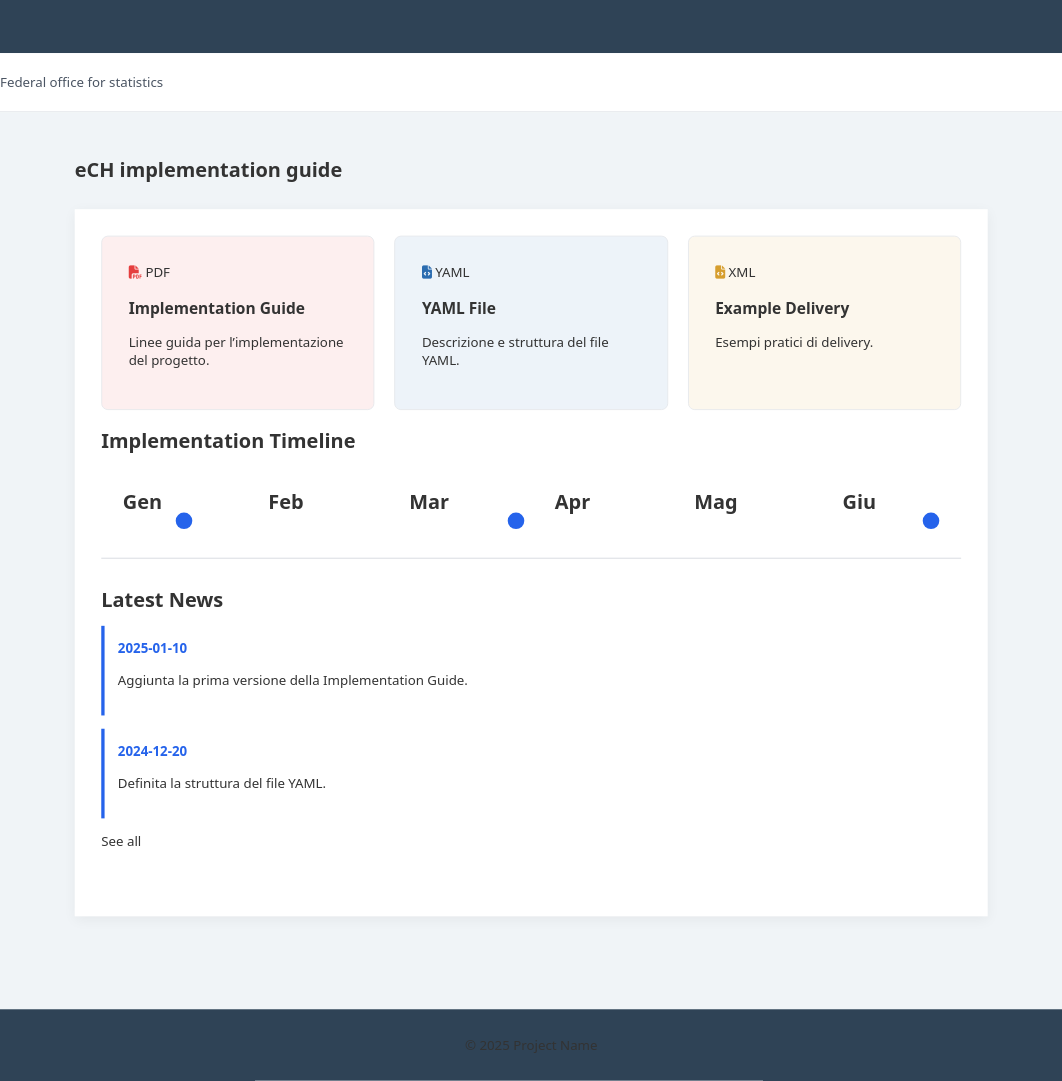
Repository: bfspoku/ech-0252-docs
Page: index.html
An editor plug-in stored every save of this project. The page is shown before and after the next save, followed by the edit.
The browser window is 1280 px wide. The pictures show the whole page, at 83% of full size.

Above is the page before, as saved 2025-12-16 16:58:10.

### index.html
<!-- LINK FOR FONTS -->
<link rel="preconnect" href="https://fonts.googleapis.com">
<link rel="preconnect" href="https://fonts.gstatic.com" crossorigin>
<link href="https://fonts.googleapis.com/css2?family=Noto+Sans:ital,wght@0,400;0,600;0,700;1,400&display=swap" rel="stylesheet">
<!-- LINK FOR SVG -->
<link rel="stylesheet" href="https://cdnjs.cloudflare.com/ajax/libs/font-awesome/6.5.0/css/all.min.css">

<!DOCTYPE html>
<html lang="it">
<head>
  <meta charset="UTF-8">
  <title>eCH implementation guide</title>
  <link rel="stylesheet" href="css/style.css">
</head>
<body>

<header>

</header>

<section class="sub-banner">
      <p>Federal office for statistics</p>
</section>


<main>
    <h2>eCH implementation guide</h2>
    <section class = "wrapper">

        <!-- CARDS -->
        <section class="cards">
            <a class="card" href="implementation-guide.html" style="background-color: #e53e3e15;">
            <i class="fas fa-file-pdf" style="color:#E53E3E;"></i> PDF
            <h3>Implementation Guide</h3>
            <p>Linee guida per l’implementazione del progetto.</p>
            </a>

            <a class="card" href="yaml-file.html" style="background-color: #2b6bb015;">
            <i class="fas fa-file-code" style="color:#2B6CB0;"></i> YAML
            <h3>YAML File</h3>
            <p>Descrizione e struttura del file YAML.</p>
            </a>

            <a class="card" href="example-delivery.html" style="background-color: #D69E2E15;">
            <i class="fas fa-file-code" style="color:#D69E2E;"></i> XML
            <h3>Example Delivery</h3>
            <p>Esempi pratici di delivery.</p>
            </a>
        </section>

        <!-- INFORMATION -->
        <section class="information">

            <h2> Implementation Timeline<h2>

                <div class="timeline-container">
                    <div class="timeline">
                      <!-- Mesi -->
                      <div class="months">
                        <div class="month">Gen</div>
                        <div class="month">Feb</div>
                        <div class="month">Mar</div>
                        <div class="month">Apr</div>
                        <div class="month">Mag</div>
                        <div class="month">Giu</div>
                        <div class="month">Lug</div>
                        <div class="month">Ago</div>
                        <div class="month">Set</div>
                        <div class="month">Ott</div>
                        <div class="month">Nov</div>
                        <div class="month">Dic</div>
                      </div>

                      <!-- Eventi -->
                      <div class="events">
                        <div class="event" data-text="Evento speciale Gennaio" style="left:5%;"></div>
                        <div class="event" data-text="Evento Marzo" style="left:25%;"></div>
                        <div class="event" data-text="Evento Giugno" style="left:50%;"></div>
                        <div class="event" data-text="Evento Settembre" style="left:75%;"></div>
                        <div class="event" data-text="Evento Dicembre" style="left:95%;"></div>
                      </div>
                    </div>
                  </div>

                  <!-- Popup -->
                  <div class="popup" id="popup"></div>

                  <script src="js/script.js"></script>



            <div class="divider"></div>

            <h2>Latest News</h2>

            <ul class="updates">
            <li>
                <span class="date">2025-01-10</span>
                <p>Aggiunta la prima versione della Implementation Guide.</p>
            </li>
            <li>
                <span class="date">2024-12-20</span>
                <p>Definita la struttura del file YAML.</p>
            </li>
            </ul>
            <p>See all</p>
        </section>

    </section>

</main>

<footer>
  <p>© 2025 Project Name</p>
</footer>

</body>
</html>

### css/style.css
body {
    font-family: 'Noto Sans', system-ui, -apple-system, BlinkMacSystemFont,
    'Segoe UI', Roboto, Ubuntu, Cantarell, 'Helvetica Neue',
    Arial, sans-serif;
    margin: 0;
    background: #f0f4f7;
    color: #333;
  }

  header {
    background: #2f4356;
    color: white;
    padding: 2rem;
  }

  /* SUB-BANNER */
  .sub-banner {
    background-color: white;   /* bianco puro */
    padding: 1.5rem 0;         /* verticale */
    border-bottom: 1px solid #e5e7eb; /* linea di separazione */
  }

  .sub-banner h2 {
    margin: 0 0 0.5rem 0;
    font-weight: 600;
    color: #111827;
  }

  .sub-banner p {
    margin: 0;
    color: #4b5563;
    font-size: 16px;
  }

  main {
    padding: 2rem;
    max-width: 1100px;
    margin: auto;
  }

  h1, h2 {
    margin-bottom: 1rem;
  }

  .divider {
    width: 100%;             /* prende tutta la larghezza della wrapper o del container */
    height: 1px;             /* spessore della linea */
    background: #d1d5db;
    margin: 2rem 0;          /* spazio sopra e sotto */
    border: none;
  }

  /* Main wrapper for all the pages */
  .wrapper {
    max-width: 1100px;      /* larghezza massima */
    margin: 2rem auto;      /* centrato orizzontalmente, margine verticale */
    padding: 2rem;          /* spazio interno */
    background-color: #ffffff;  /* bianco-beige chiaro */
    box-shadow: 0 4px 15px rgba(0,0,0,0.05); /* leggero effetto profondità */
  }

  /* INFORMATION */
  .information {
    margin-bottom: 3rem;
  }

  .updates {
    list-style: none;
    padding: 0;
  }

  .updates li {
    background: white;
    padding: 1rem;
    border-left: 4px solid #2563eb;
    margin-bottom: 1rem;
  }

  .date {
    font-weight: bold;
    color: #2563eb;
  }

  /* CARDS */
  .cards {
    display: grid;
    grid-template-columns: repeat(auto-fit, minmax(250px, 1fr));
    gap: 1.5rem;
  }

  .card {
    background: #e4e5e7;
    padding: 2rem;
    text-decoration: none;
    color: inherit;
    border: 1px solid #e5e7eb;
    border-radius: 8px;
    transition: transform 0.2s, box-shadow 0.2s;
  }

  .card:hover {
    transform: translateY(-5px);
    box-shadow: 0 10px 20px rgba(0,0,0,0.1);
  }

  footer {
    text-align: center;
    padding: 1rem;
    background: #2f4356;
    margin-top: 3rem;
  }

  /* TIMELINE */
  .timeline-container {
    position: relative;
    overflow-x: auto;
    white-space: nowrap;
    padding: 20px 0;
  }

  .timeline {
    position: relative;
    width: 2000px; /* grande abbastanza per mostrare 12 mesi orizzontali */
    margin: auto;
  }

  .months {
    display: flex;
    justify-content: space-between;
    position: relative;
    z-index: 1;
  }

  .month {
    text-align: center;
    position: relative;
    width: 100px;
    color: #333;
  }

  .events {
    position: absolute;
    top: 30px;
    width: 100%;
    height: 0;
  }

  .event {
    position: absolute;
    width: 20px;
    height: 20px;
    background-color: #2563eb;
    border-radius: 50%;
    cursor: pointer;
    transform: translateX(-50%);
  }

  .event:hover {
    background-color: #1d4ed8;
  }

  /* POPUP */
  .popup {
    position: absolute;
    padding: 8px 12px;
    background: white;
    border: 1px solid #ccc;
    border-radius: 5px;
    display: none;
    pointer-events: none;
    font-size: 14px;
    box-shadow: 0 4px 10px rgba(0,0,0,0.1);
  }

### js/script.js
const events = document.querySelectorAll('.event');
const popup = document.getElementById('popup');

events.forEach(event => {
  event.addEventListener('mouseenter', e => {
    popup.textContent = event.getAttribute('data-text');
    popup.style.display = 'block';
    const rect = event.getBoundingClientRect();
    popup.style.top = rect.top - 40 + window.scrollY + 'px';
    popup.style.left = rect.left + rect.width/2 + window.scrollX + 'px';
  });

  event.addEventListener('mouseleave', () => {
    popup.style.display = 'none';
  });
});

After the next save:
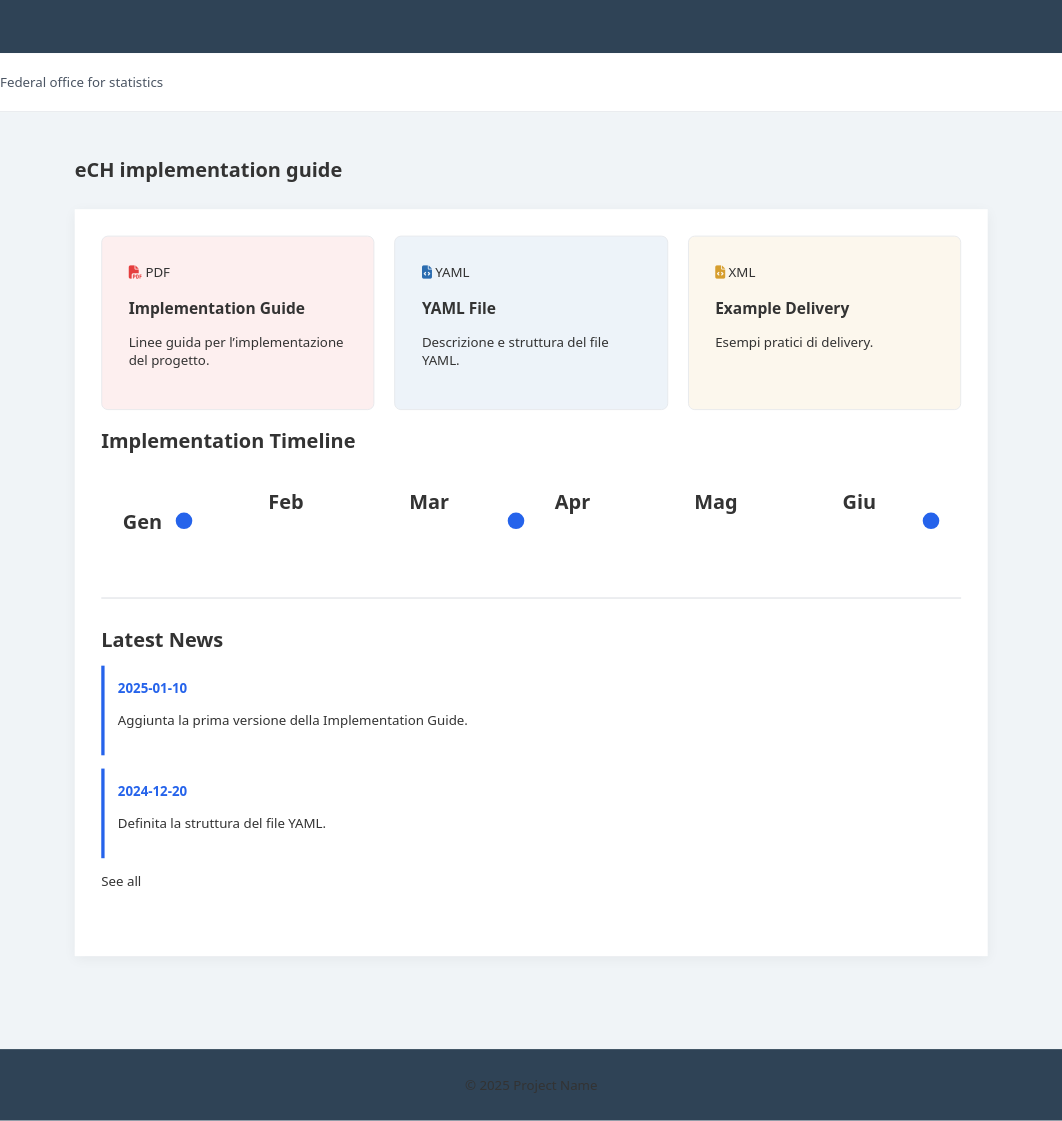
Saved 32 s later.
--- a/index.html
+++ b/index.html
@@ -57,7 +57,7 @@
                     <div class="timeline">
                       <!-- Mesi -->
                       <div class="months">
-                        <div class="month">Gen</div>
+                        <div class="month"><p>Gen</p></div>
                         <div class="month">Feb</div>
                         <div class="month">Mar</div>
                         <div class="month">Apr</div>

After the save that followed:
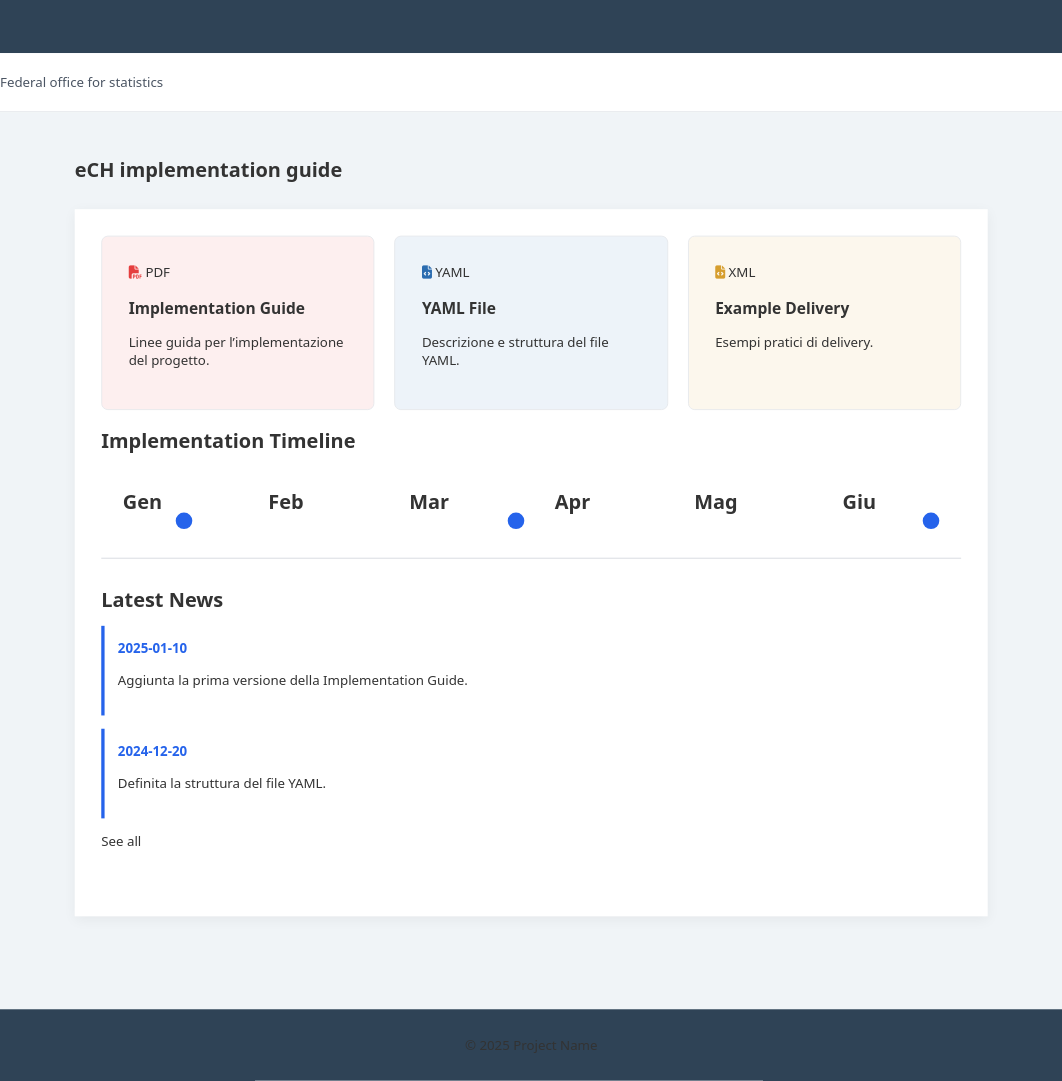
Saved 12 s later.
--- a/index.html
+++ b/index.html
@@ -57,7 +57,7 @@
                     <div class="timeline">
                       <!-- Mesi -->
                       <div class="months">
-                        <div class="month"><p>Gen</p></div>
+                        <div class="month">Gen</div>
                         <div class="month">Feb</div>
                         <div class="month">Mar</div>
                         <div class="month">Apr</div>
